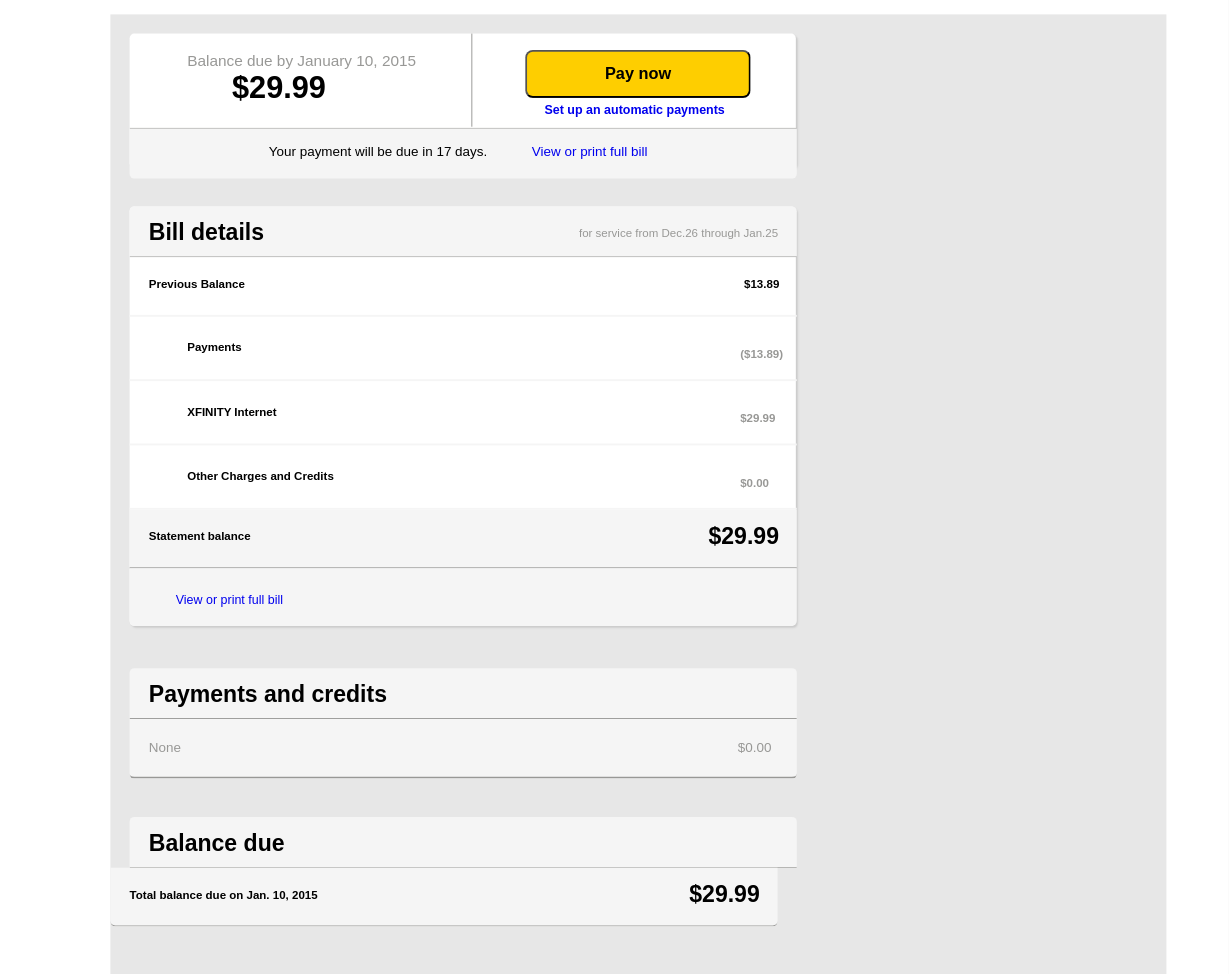
Repository: Sakivaday/UI-TSQ
Page: Aptana Studio 3 Workspace/tsq/assignment3/comcast2.html
An editor plug-in stored every save of this project. The page is shown before and after the next save, followed by the edit.
The browser window is 1280 px wide. The pictures show the whole page, at 96% of full size.
Pictures or frames that could not be fetched are drawn as grey boxes.

Above is the page before, as saved 2015-01-22 00:22:39.

### Aptana Studio 3 Workspace/tsq/assignment3/comcast2.html
<!DOCTYPE html>
<html lang="en">
	<head>


		<title>comcast2</title>
		<link href="comcst2.css" rel="stylesheet" type="text/css" media="all"/>
	</head>

	<body>
		<div class="bigbox">
			<div class="topleft1">

				<div class="cash">
					<p>Balance due by January 10, 2015</p>
					<h1>$29.99</h1>
				</div>
				<div class="pay">
					<button>Pay now</button>
					<a href="#">Set up an automatic payments</a>
				</div>
				<div class="days">
					<ul><li>
					<p>Your payment will be due in 17 days.
					<a href="#">View or print full bill</a></p>
				</li></ul>
				</div>
				</div>

			<div class="topleft2">
				<div class="billdetails">
					<h2>Bill details</h2>
					<div class="questionmark"></div>
					<p>for service from Dec.26 through Jan.25</p>
				</div>
			<div class="previousbalance">
				<p id="pb">Previous Balance</p>
				<p id="cc">$13.89</p>
			</div>
			<div class="rectbox1">
				<ul>
					<li>
						<div class="arrow"><p class="lft">Payments</p>
						</div>
						<p class="bill">($13.89)</p>
					</li></ul></div>

			<div class="rectbox1">	<ul>    <li>
						<div class="arrow"><p class="lft">XFINITY Internet</p>
						</div>
						<p class="bill">$29.99</p>
			</li></ul></div>
			<div class="rectbox1"><ul>		<li>
						<div class="arrow"><p class="lft">Other Charges and Credits</p>
						</div>
						<p class="bill">$0.00</p>
			</li></ul></div>
		<div class="statement">
					<p id="sb">Statement balance</p>
					<h2 id="p">$29.99</h2>
				</div>
				<div class="lst">
				<div class="pd">
					<a href="#">View or print full bill</a>
				</div></div>
			</div>
		<div class="payments">
					<h2>Payments and credits</h2>
					<div class="questionmark"></div>
				</div>
		<div class="none">
				<p id="no">None</p>
				<p id="cash">$0.00</p>
			</div>
		<div class="balance">
					<h2>Balance due</h2>
					<div class="questionmark"></div>
				</div>
		<div class="totalbalance">
					<p id="tb">Total balance due on Jan. 10, 2015</p>
					<h2 id="dollar">$29.99</h2>
				</div>








		</div>



	</body>
</html>

### Aptana Studio 3 Workspace/tsq/assignment3/comcst2.css
*{
	padding:0px;
	margin:0px;
	font-family: "Arial";
	text-decoration: none;
	list-style: none;
}
.bigbox {
	width:1100px;
	height: 1000px;
	margin-left:115px;
	margin-top: 15px;
	background-color: #e7e7e7;
}
.topleft1{
	width: 694px;
	height: 140px;
	background-color: white;
	box-shadow: 2px 2px 2px #cacaca;
	border-radius: 5px;
	margin-left: 20px;
	margin-top: 20px;
	display: inline-block;
}
.cash{
	float:left;
	margin-left: 30px;
	margin-top:20px;
	width: 47%;
}
.cash p{
	color: #989896;
	margin-left: 30px;
}
.cash h1{
	text-align: center;
	margin-left: -75px;
}
button{
	background-color: #fece00;
	width: 235px;
	height: 50px;
	border-radius: 8px;
	font-weight: bold;
	font-size: 17px;
	float:left;
	margin-left: 55px;
	margin-top: 17px;
}
.pay a{
	font-size: 13px;
	font-weight:600;
	margin-left: 75px;
	padding-top: 5px;
	padding-bottom: 10px;
	display: inline-block;
}
.pay{
	width: 47%;
	float:left;
	border-left: 1px solid #989896;
}
.days{
	background-color: #F5F5F5;
	border-top: 1px solid #989896;
	height: 52px;
	width: 695px;
	margin-top: 98px;
	border-radius: 0px 0px 5px 5px;
}
.days ul li p{
	margin-left: 145px;
	margin-top: 16px;
	font-size: 14px;
}
.days ul li a{
	font-size:14px;
	margin-left: 274px;
    display:inherit;
    margin-top: -17px;
}
.pdf{
	margin-left: 500px;
	margin-top: 16px;
	font-size: 14px;
}
.topleft2{
	width: 694px;
	background-color: white;
	box-shadow: 2px 2px 2px #cacaca;
	border-radius: 5px;
	margin-left: 20px;
	margin-top: 40px;
	display: inline-block;
}
.billdetails{
    background-color: #F5F5F5;
	border-bottom: 1px solid #989896;
	height: 52px;
	width: 695px;
	border-radius: 5px 5px 0px 0px;
}
.billdetails h2{
	margin-top: 13px;
	margin-left: 20px;
	float: left;
}
.questionmark{
	background: url('pictures/sprite.png') no-repeat;
	width:14px;
	height:14px;
	background-position: -200px -1300px;
	float: left;
	margin-top: 21px;
	margin-left: 10px;
}
.billdetails p{
	margin-top: -14px;
	margin-left: 328px;
	float:left;
	font-size: 12px;
	color: #989896;
}
.previousbalance{
	border-bottom: 2px solid #F5F5F5;
	height: 60px;
	width: 695px;
}
#pb{
	margin-left:20px;
	margin-top: 21px;
	font-weight:600;
	float:left;
	font-size: 12px;
}
#cc{
	margin-left:520px;
	margin-top: 21px;
	font-weight:600;
	float: left;
	font-size: 12px;
}
.arrow{
	background: url('pictures/sprite.png') no-repeat;
	width:23px;
	height:23px;
	background-position: -101px -500px;
	float: left;
	margin-top: 21px;
	margin-left: 20px;
}
.lft{
	float: left;
	margin-top: 4px;
	margin-left: 40px;
	font-weight:600;
	font-size: 12px;
	width: 160px;
}
.bill{
	float: left;
	margin-top: -12px;
	margin-left: 636px;
	font-weight:600;
	font-size: 12px;
	color: #989896;
	display:inline-block;
}
.rectbox1{
	border-bottom: 2px solid #F5F5F5;
	height: 65px;
	width: 695px;
}
.statement{
	border-bottom: 1px solid #989896;
	height: 60px;
	width: 695px;
	background-color: #F5F5F5;
}
#sb{
	margin-left:20px;
	margin-top: 21px;
	font-weight:600;
	float:left;
	font-size: 12px;
}
#p{
	margin-left: 603px;
	margin-top: -21px;
	float: left;
}
.lst{
	height: 60px;
	width: 695px;
	background-color: #F5F5F5;
	border-radius: 0px 0px 5px 5px;
}
.pd{
	background: url('pictures/sprite.png') no-repeat;
	width:22px;
	height:27px;
	background-position: -252px -300px;
	float: left;
	margin-top: 21px;
	margin-left: 10px;
}
.lst .pd a{
	float: left;
	margin-left: 38px;
	margin-top: 4px;
	font-size: 13px;
	width: 140px;
}
.payments{
    background-color: #F5F5F5;
	border-bottom: 1px solid #989896;
	height: 52px;
	width: 695px;
	border-radius: 5px 5px 0px 0px;
	margin-left:20px;
	margin-top: 40px;
}
.payments h2{
	margin-top: 13px;
	margin-left: 20px;
	float: left;
}
.questionmark{
	background: url('pictures/sprite.png') no-repeat;
	width:14px;
	height:14px;
	background-position: -200px -1300px;
	float: left;
	margin-top: 21px;
	margin-left: 10px;
}
.none{
	background-color: #F5F5F5;
	border-bottom: 2px solid #989896;
	height: 60px;
	width: 695px;
	border-radius: 0px 0px 5px 5px;
	margin-left:20px;
}
#no{
	margin-left:20px;
	margin-top: 21px;
	color:#989896;
	float:left;
	font-size: 14px;
}
#cash{
	margin-left:580px;
	margin-top: 21px;
	color:#989896;
	float: left;
	font-size: 14px;
}
.balance{
    background-color: #F5F5F5;
	border-bottom: 1px solid #989896;
	height: 52px;
	width: 695px;
	border-radius: 5px 5px 0px 0px;
	margin-left:20px;
	margin-top: 40px;
}
.balance h2{
	margin-top: 13px;
	margin-left: 20px;
	float: left;
}
.questionmark{
	background: url('pictures/sprite.png') no-repeat;
	width:14px;
	height:14px;
	background-position: -200px -1300px;
	float: left;
	margin-top: 21px;
	margin-left: 10px;
}
.totalbalance{
	border-bottom: 1px solid #989896;
	height: 60px;
	width: 695px;
	background-color: #F5F5F5;
	border-radius: 0px 0px 5px 5px;
}
#tb{
	margin-left:20px;
	margin-top: 21px;
	font-weight:600;
	float:left;
	font-size: 12px;
}
#dollar{
	margin-left: 603px;
	margin-top: -21px;
	float: left;
}

After the next save:
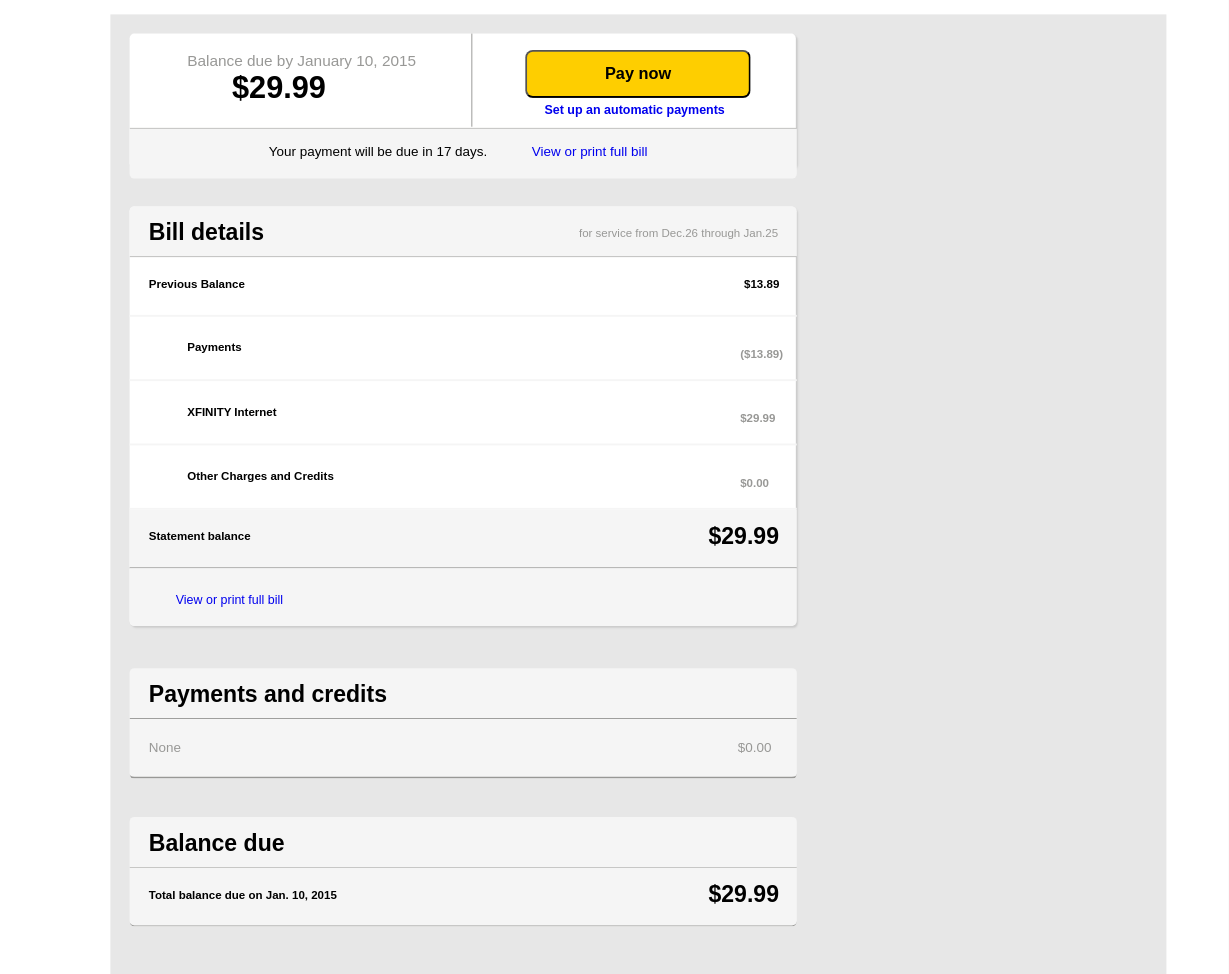
Saved 42 s later.
--- a/Aptana Studio 3 Workspace/tsq/assignment3/comcst2.css
+++ b/Aptana Studio 3 Workspace/tsq/assignment3/comcst2.css
@@ -285,6 +285,7 @@ button{
 	width: 695px;
 	background-color: #F5F5F5;
 	border-radius: 0px 0px 5px 5px;
+	margin-left: 20px;
 }
 #tb{
 	margin-left:20px;
